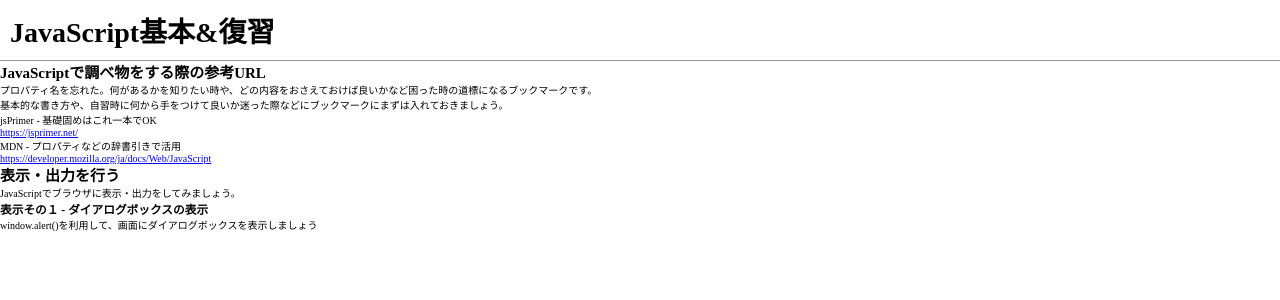
Repository: Yuto-Arakawa/study_js
Page: 01_basic/荒川/ara_basic01.html
An editor plug-in stored every save of this project. The page is shown before and after the next save, followed by the edit.
The browser window is 1280 px wide. The pictures show the whole page.

Above is the page before, as saved 2026-11-06 14:31:32.

After the next save:
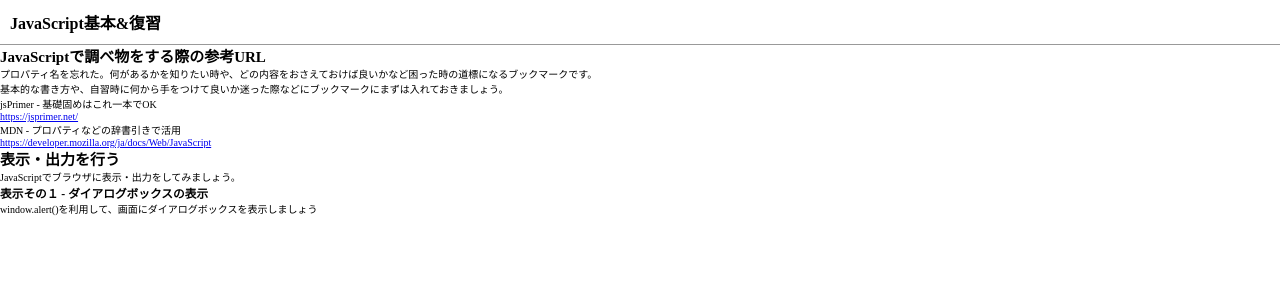
Saved 17 s later.
--- a/01_basic/荒川/css/basic01.css
+++ b/01_basic/荒川/css/basic01.css
@@ -5,5 +5,5 @@ html{
 header{
     padding: 1rem;
     border-bottom: solid 1px #999;
-    font-size: 14px;
+    font-size: 8px;
 }
